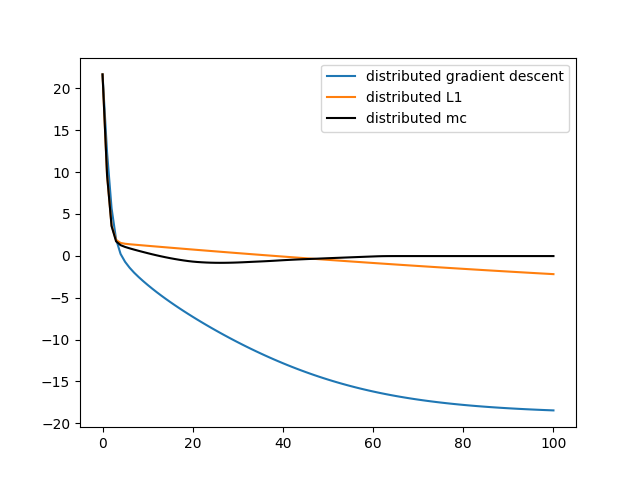
Repository: komuro-zero/distributed-optimization
Script's output: python main_weakly_sparse.py
An editor plug-in stored every save of this project. The script's output is shown before and after the next save, followed by the edit.
Random numbers start from a fixed seed.

Above is the script's output before, as saved 2019-09-27 09:38:19.

After the next save:
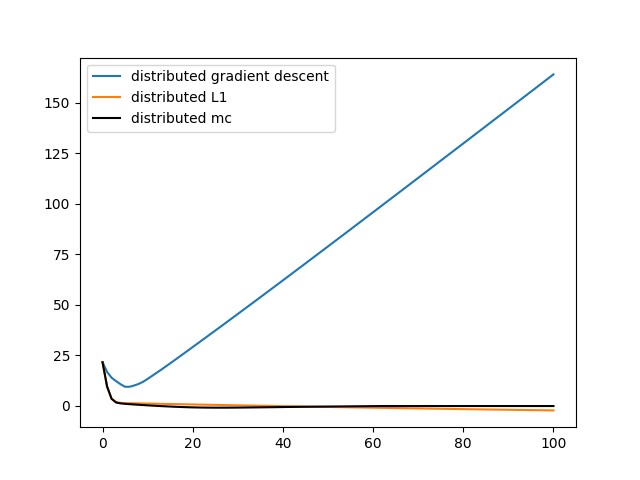
Saved 13 s later.
--- a/main_weakly_sparse.py
+++ b/main_weakly_sparse.py
@@ -53,7 +53,7 @@ class distributed_updates(functions):
         #self.distributed_gradient_descent_wj(U_all,d_all,w_star,L2,self.N,self.m,self.r_i,0.25,self.iteration,c,w_all,wcgd)
         #self.distributed_L1_wj(U_all,d_all,w_star,L2,self.N,self.m,self.r_i,10**-4,0.24,self.iteration,c,w_all,wcl1)
         #self.distributed_mc_wj(U_all,d_all,w_star,L2,self.N,self.m,self.r_i,self.lamb,self.eta,self.rho,self.iteration,c,w_all,wcmc)
-        self.distributed_gradient_descent(U_all,d_all,w_star,L2,self.N,self.m,self.r_i,0.1,self.iteration,c,w_all)
+        self.distributed_gradient_descent(U_all,d_all,w_star,L2,self.N,self.m,self.r_i,0.2,self.iteration,c,w_all)
         self.distributed_L1(U_all,d_all,w_star,L2,self.N,self.m,self.r_i,10**-4,0.0024,self.iteration,c,w_all)
         self.distributed_mc(U_all,d_all,w_star,L2,self.N,self.m,self.r_i,self.lamb,self.eta,self.rho,self.iteration,c,w_all)
 
